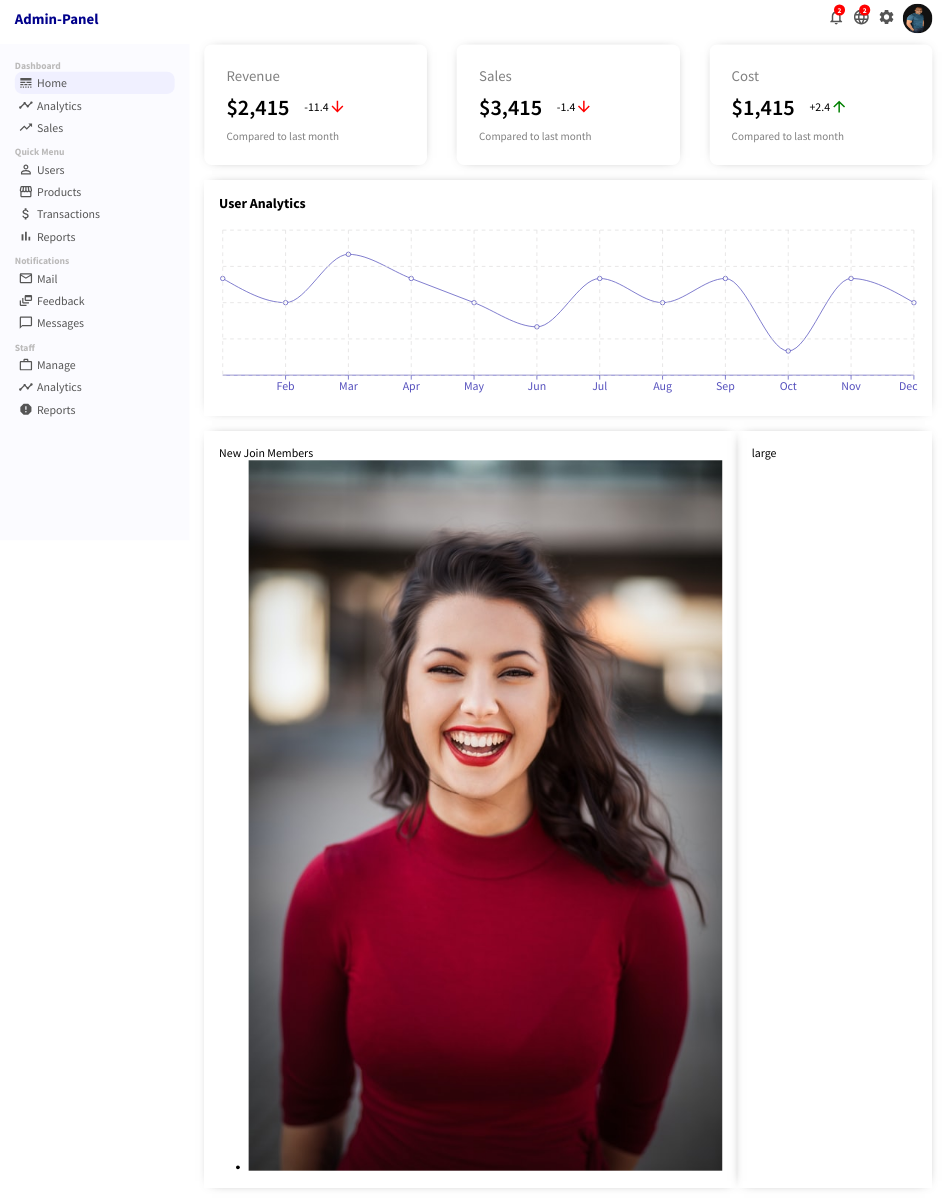
Repository: Samkiroko/admin-panel-ui
Page: /products
An editor plug-in stored every save of this project. The page is shown before and after the next save, followed by the edit.
The browser window is 1280 px wide. The pictures show the whole page, at 74% of full size.
The project was rebuilt for these pictures with package versions that can differ from the ones it lists, and the page was loaded fresh each time.

Above is the page before, as saved 2021-09-22 21:43:49.

After the next save:
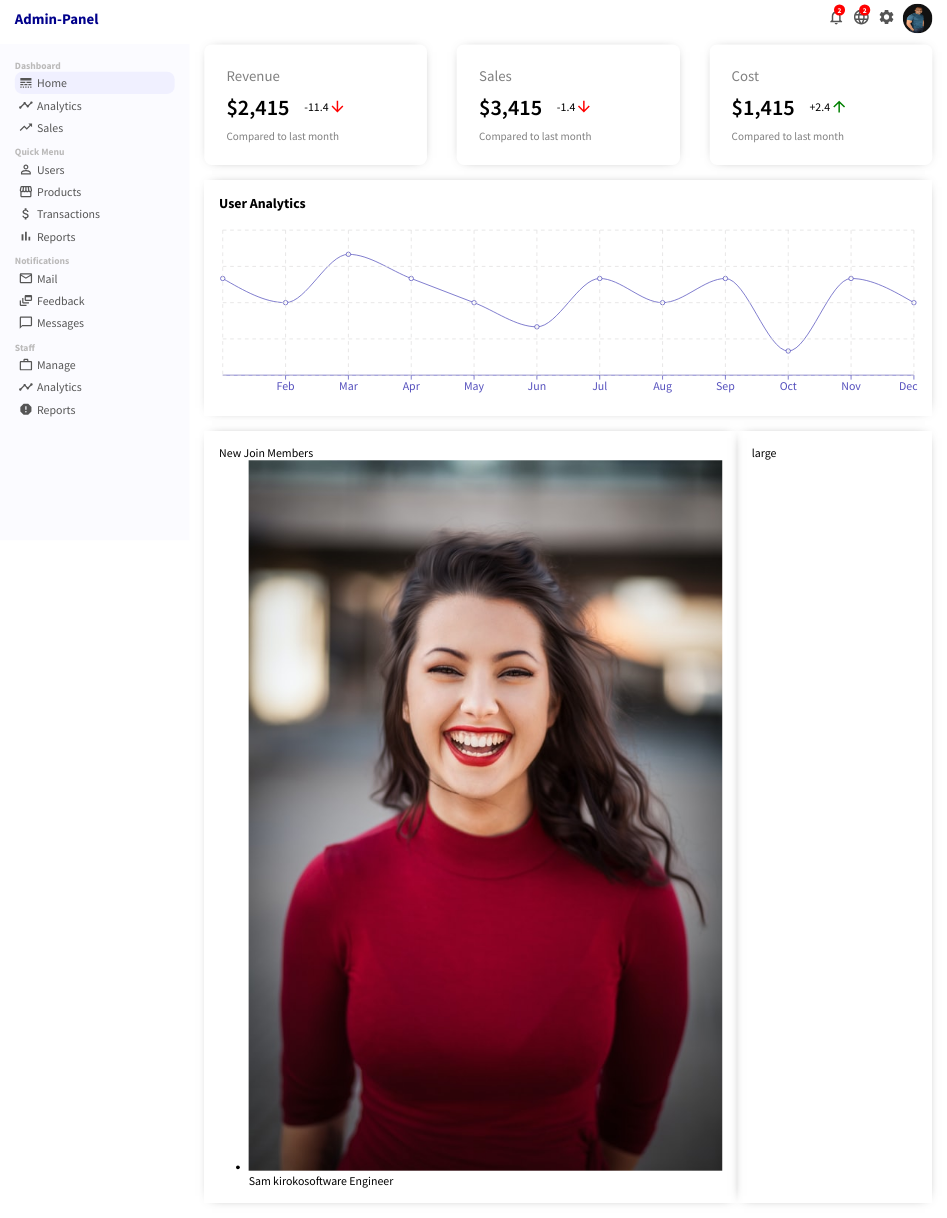
Saved 2 min 51 s later.
--- a/src/components/widgetSm/WidgetSm.js
+++ b/src/components/widgetSm/WidgetSm.js
@@ -9,6 +9,10 @@ const WidgetSm = () => {
       <ul className='widgetSmList'>
         <li className='widgetSmListItem'>
           <img src={avatar} alt='avatar' />
+          <div className='widgetSmUser'>
+            <span className='widgetSmUsername'>Sam kiroko</span>
+            <span className='widgetSmJob'>software Engineer</span>
+          </div>
         </li>
       </ul>
     </div>
